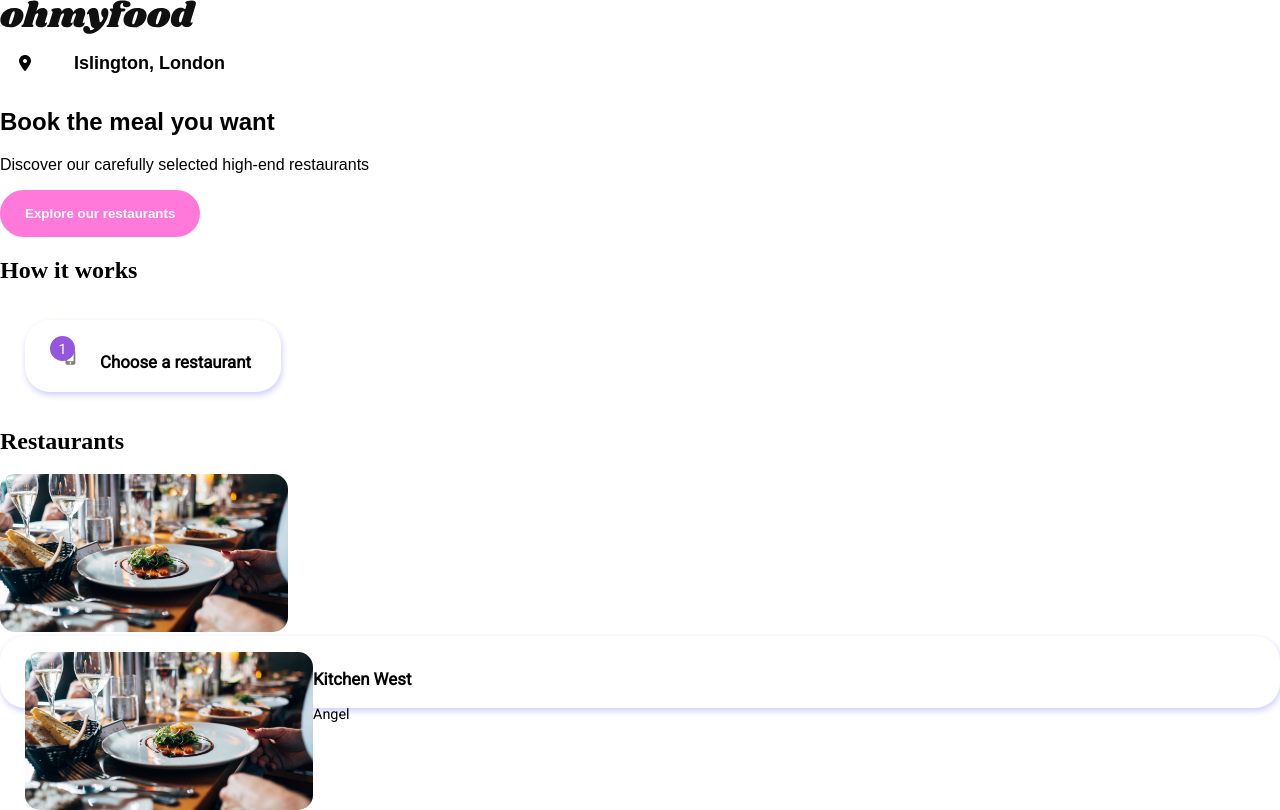
Repository: R1ptou/Project-3
Page: index.html
These files come from the project's save history. The page is drawn as it stood at one moment and after the next save; the edit follows.
The browser window is 1280 px wide. The pictures show the whole page.
Some web fonts or font styles are not loaded; a fallback is used. The style sheet was rebuilt from its Sass, Less or Tailwind sources for each picture, by a compiler version that may differ from the author's.

Above is the page before, as saved 2024-03-08 09:55:06.

After the next save:
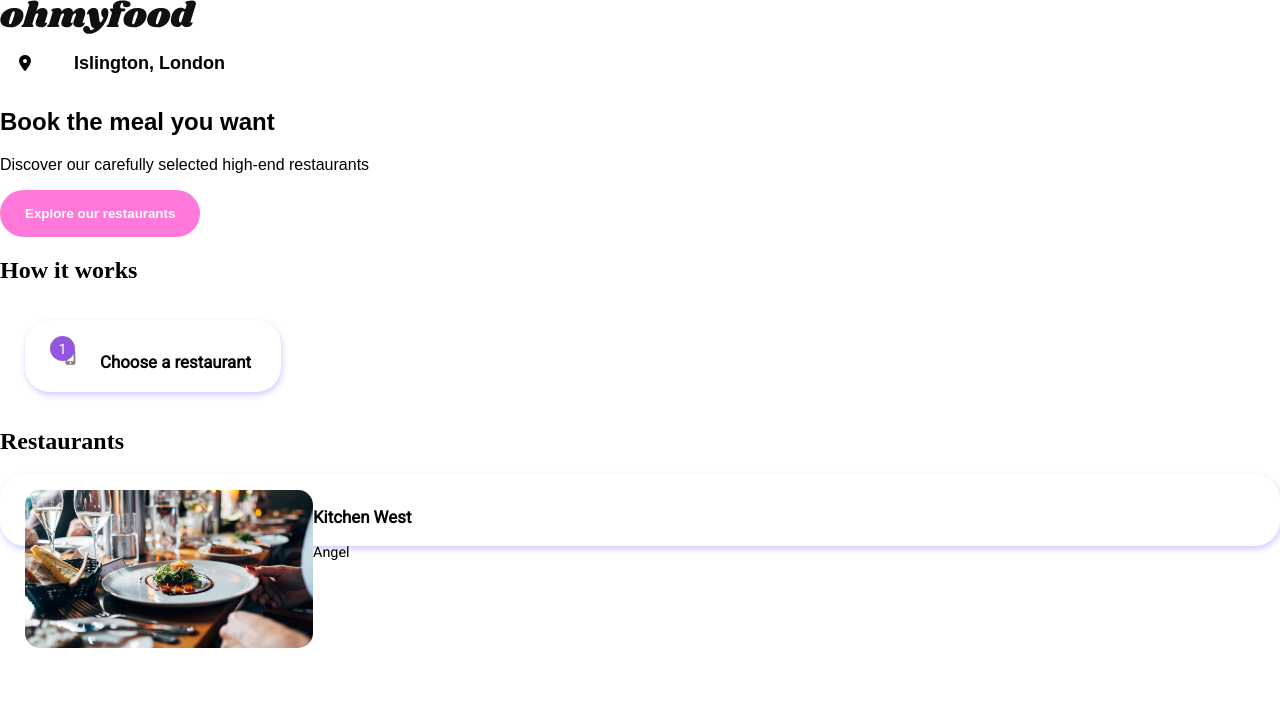
Saved 43 min 39 s later.
--- a/index.html
+++ b/index.html
@@ -49,17 +49,12 @@
 <!-- Restaurants -->
         <section>
             <h2>Restaurants</h2>
-            <div>
-                <img class="card-img" src="./Images and text Ohmyfood/images/restaurants/jay-wennington-N_Y88TWmGwA-unsplash.jpg" alt="">
-            </div>
+
             <a href="#" class="card">
                 <img class="card-img" src="./Images and text Ohmyfood/images/restaurants/jay-wennington-N_Y88TWmGwA-unsplash.jpg" alt="">
                       <div class="card-content">
-                          <div class="card-txt">
-                              <h3 class="card-title">Kitchen West</h3>
-                              <p class="card-subtitle">Angel</p>
-                          </div>
-
+                        <h3 class="card-title">Kitchen West</h3>
+                        <p class="card-subtitle">Angel</p>
                       </div>
               </a>
         </section>
